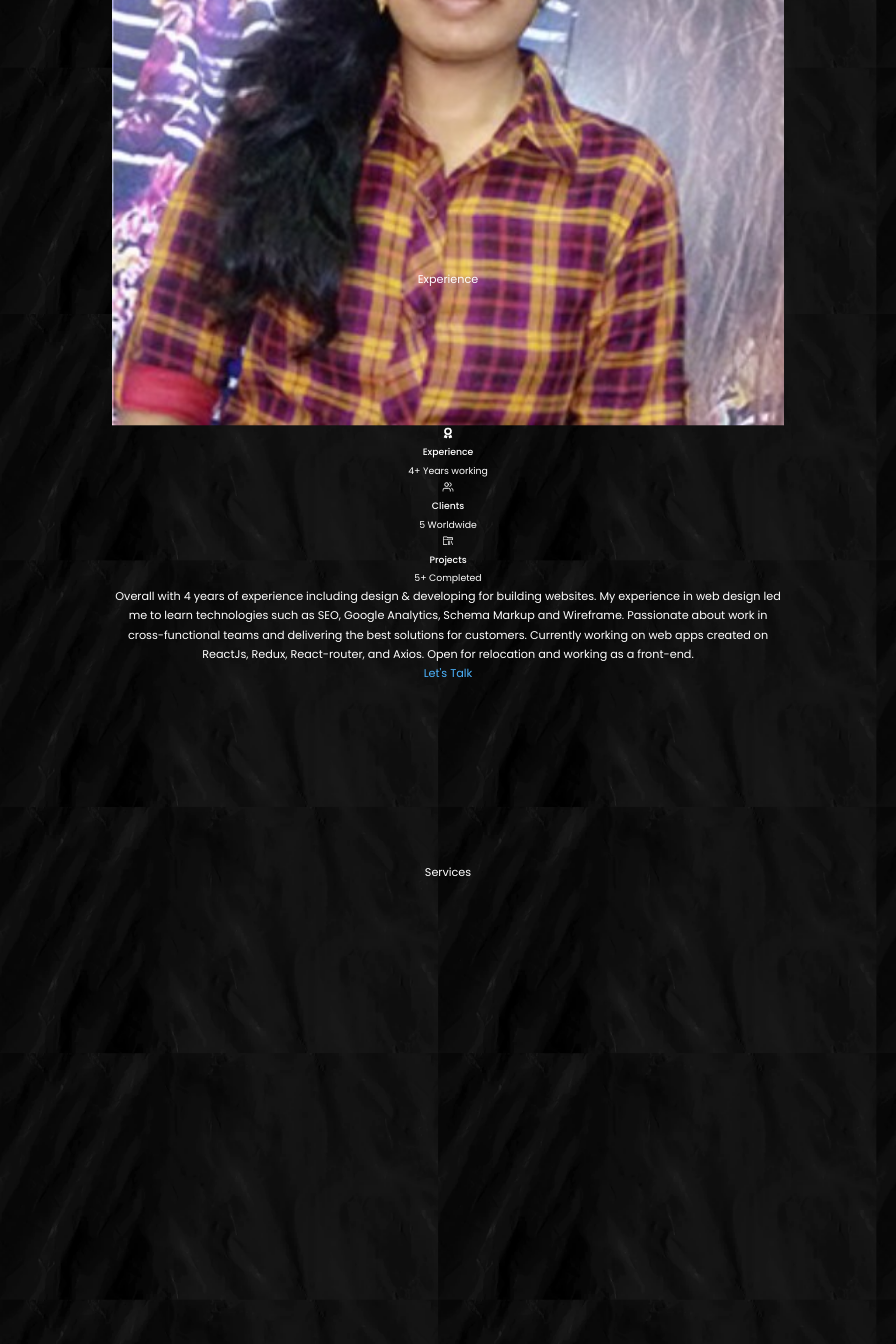
Repository: mayuri2018/Mr_react_portfolio
Page: /
These files come from the project's save history. The page is drawn as it stood at one moment and after the next save; the edit follows.
The browser window is 1280 px wide. The pictures show the part of the page from y = 1312 to 3232 px (the page is 5835 px tall), at 70% of full size.
The project was rebuilt for these pictures with package versions that can differ from the ones it lists, and the page was loaded fresh each time. Also part of the build but not shown: src/components/about/about.css, src/components/experience/experience.css, src/components/services/services.css, src/components/portfolio/portfolio.css, src/components/testimonials/testimonials.css, src/components/contact/contact.css, src/components/footer/footer.css.

Above is the page before, as saved 2023-01-25 13:25:22.

After the next save:
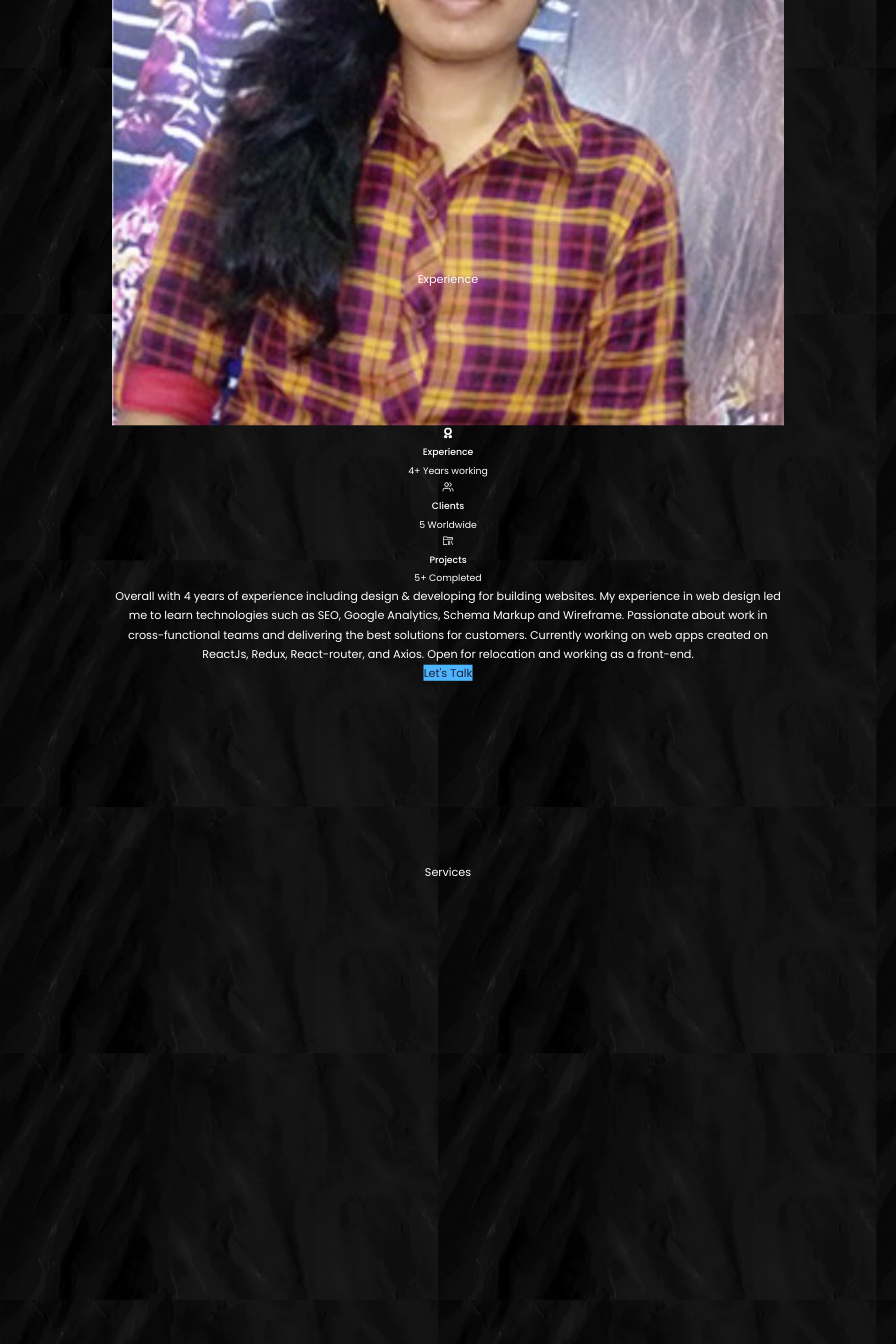
Saved 78 s later.
--- a/src/components/about/About.jsx
+++ b/src/components/about/About.jsx
@@ -45,7 +45,7 @@ export default function About(){
                     Currently working on web apps created on ReactJs, Redux, React-router, and Axios.
                     Open for relocation and working as a front-end.
                     </p>
-                    <a href="#contact">Let's Talk</a>
+                    <a href="#contact" className="btn-primary">Let's Talk</a>
                 </div>
             </div>
         </section>
